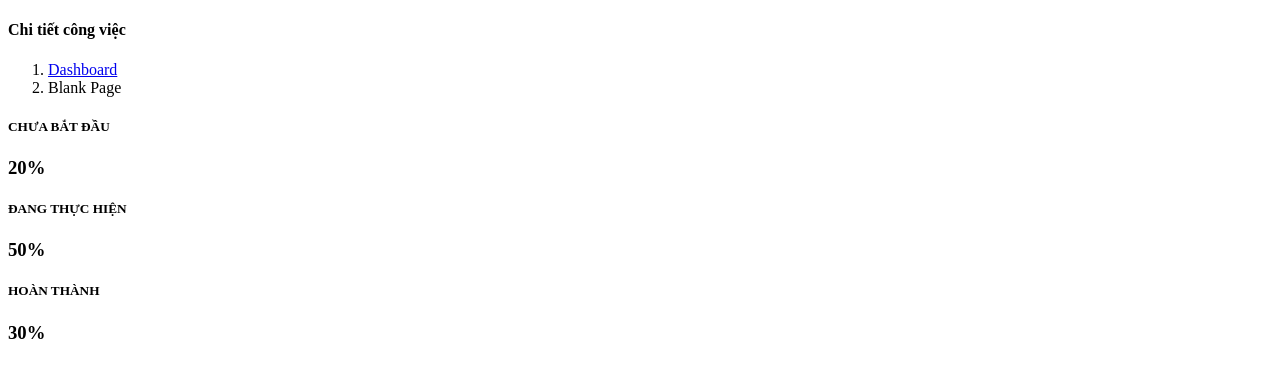
Repository: mindland/CrmApp
Page: http://localhost/CrmApp/WEB-INF/views/job/detail.jsp
The author's editor kept a copy of each file at every save. The page is drawn from the files as they stood at one save, then again after the next save.
The browser window is 1280 px wide. The pictures show the whole page.
The page is served by Tomcat 9. Nobody is signed in. The template is opened directly, without the code that normally fills it, so the values that code supplies are empty.

Above is the page before, as saved 2020-09-11 20:28:13.

After the next save:
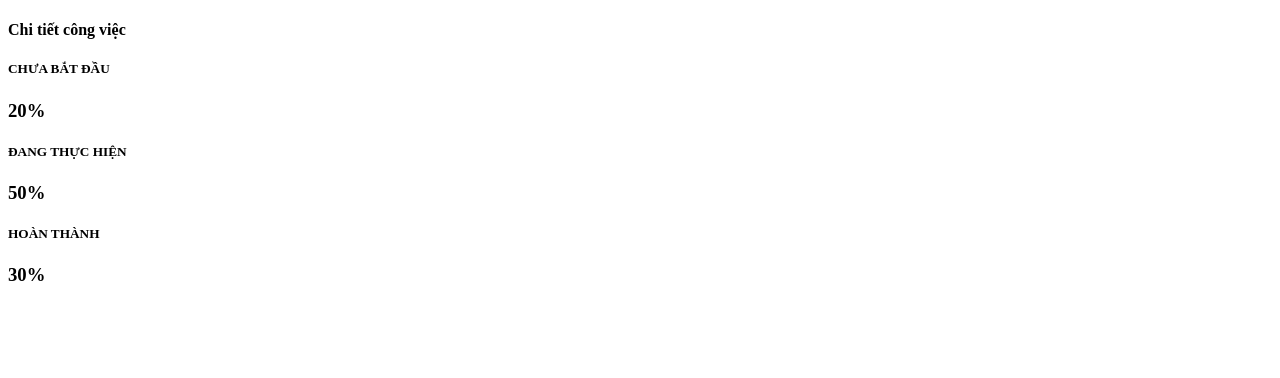
Saved 2 min 12 s later.
--- a/CrmApp/WebContent/WEB-INF/views/job/detail.jsp
+++ b/CrmApp/WebContent/WEB-INF/views/job/detail.jsp
@@ -10,12 +10,6 @@
 	<div class="row bg-title">
 		<div class="col-lg-3 col-md-4 col-sm-4 col-xs-12">
 			<h4 class="page-title">Chi tiết công việc</h4>
-		</div>
-		<div class="col-lg-9 col-sm-8 col-md-8 col-xs-12">
-			<ol class="breadcrumb">
-				<li><a href="#">Dashboard</a></li>
-				<li class="active">Blank Page</li>
-			</ol>
 		</div>
 		<!-- /.col-lg-12 -->
 	</div>
